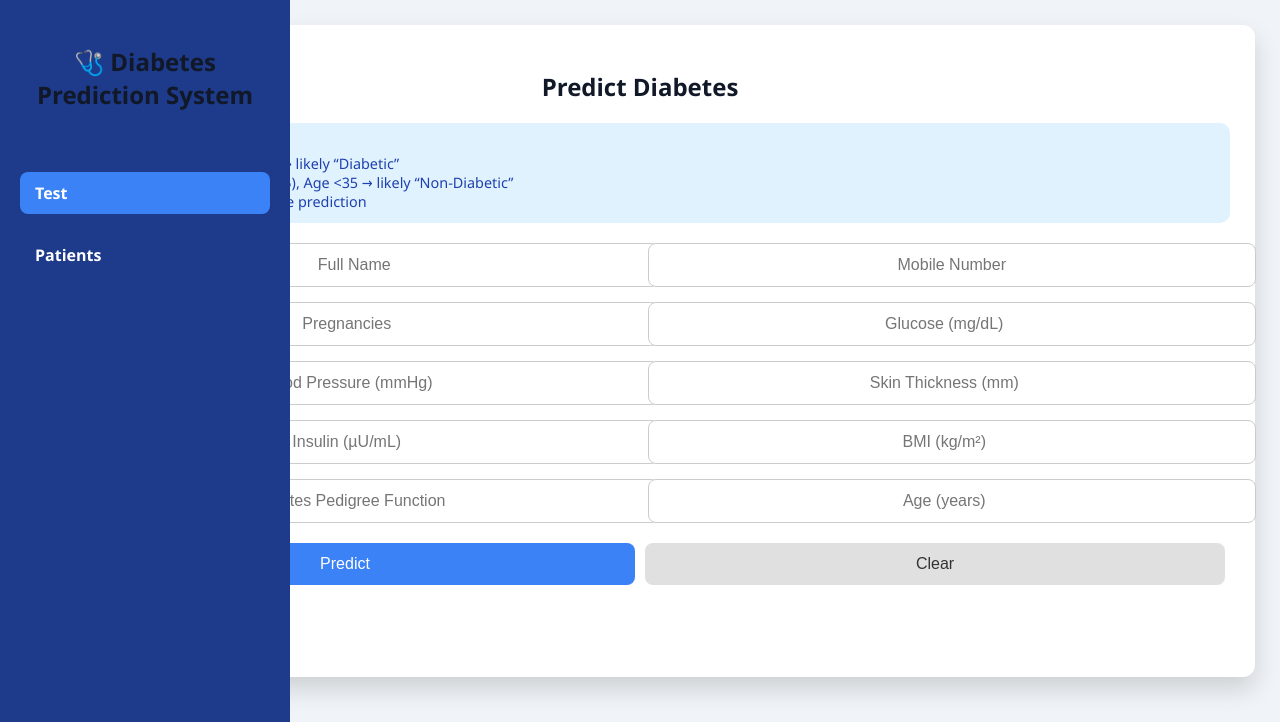
Repository: Aman14150/diabetes-prediction-system
Page: http://localhost/
These files come from the project's save history. The page is drawn as it stood at one moment and after a run of saves; the edit follows.
The browser window is 1280 px wide. The pictures show the whole page.
The page is served by the project's application, run on Flask 3 (app.py).

Above is the page before, as saved 2025-10-07 19:55:01.

After the next 2 saves:
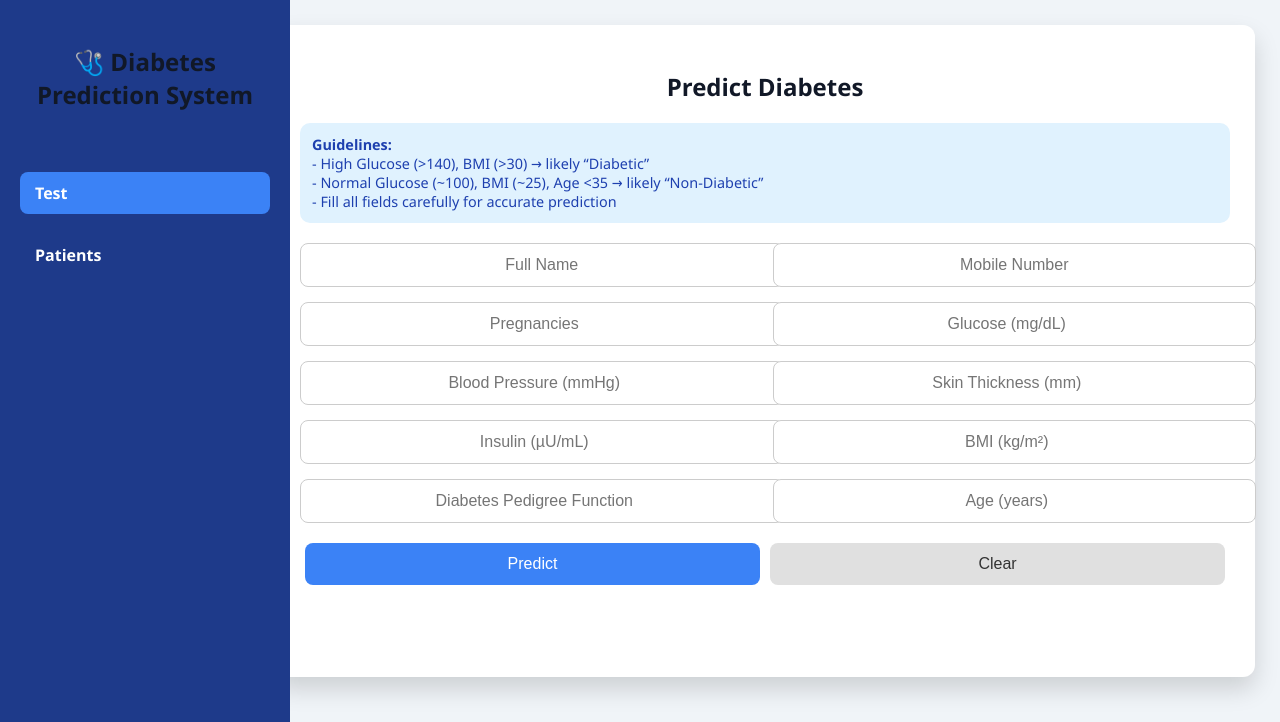
The 2 saves are shown as one change because they came seconds apart.
The last was saved 16 s later.
--- a/static/style.css
+++ b/static/style.css
@@ -58,7 +58,8 @@ body {
 }
 
 .content {
-    flex: 1;
+     flex: 1;
+    margin-left: 250px;
     padding: 25px;
     background: #f0f4f8;
 }
